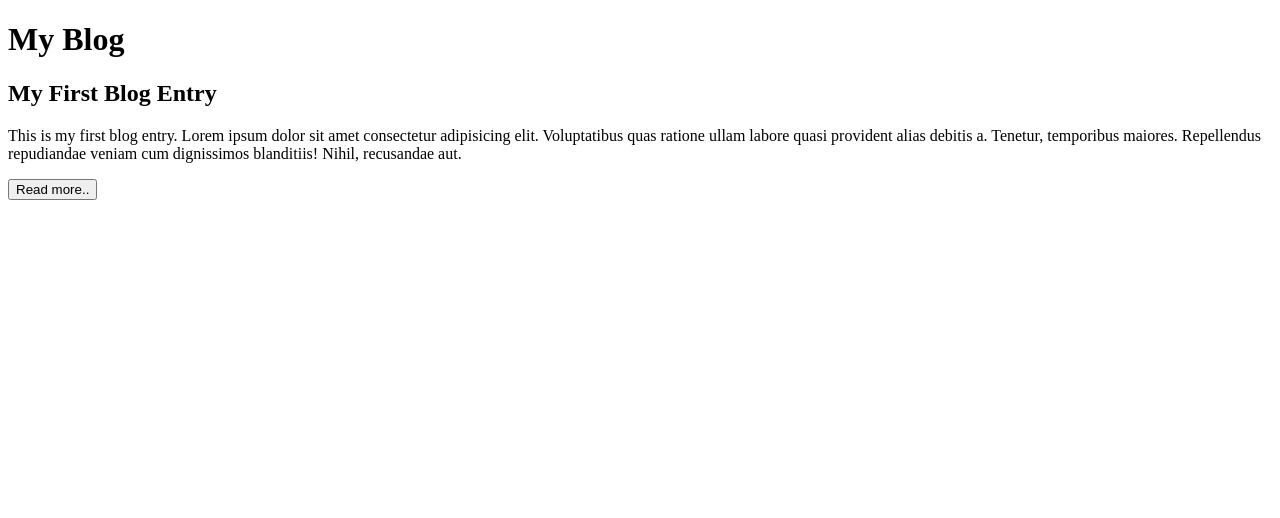
Repository: deniseada/class1
Page: /
The author's editor kept a copy of each file at every save. The page is drawn from the files as they stood at one save, then again after a run of saves.
The browser window is 1280 px wide. The pictures show the whole page.
The project was rebuilt for these pictures with package versions that can differ from the ones it lists, and the page was loaded fresh each time. Also part of the build but not shown: vite.config.js, src/index.css.

Above is the page before, as saved 2025-09-10 13:41:41.

After the next 2 saves:
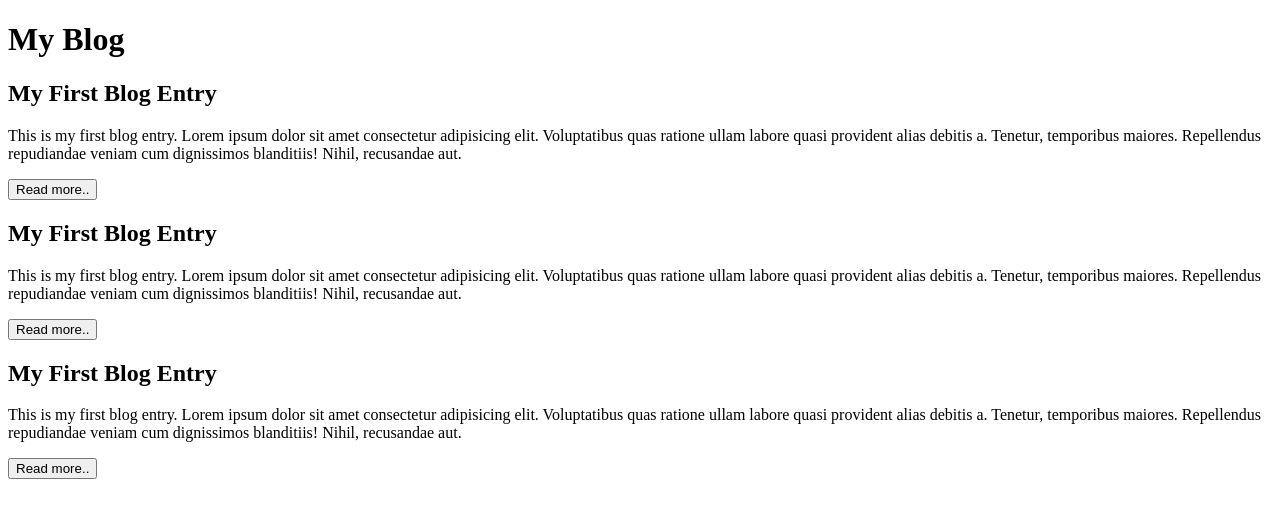
The 2 saves are shown as one change because they came seconds apart.
The last was saved 108 s later.
--- a/src/App.jsx
+++ b/src/App.jsx
@@ -2,6 +2,8 @@ function App() {
   return (
     <div>
       <h1>My Blog</h1>
+      <BlogEntry />
+      <BlogEntry />
       <BlogEntry />
     </div>
   );
